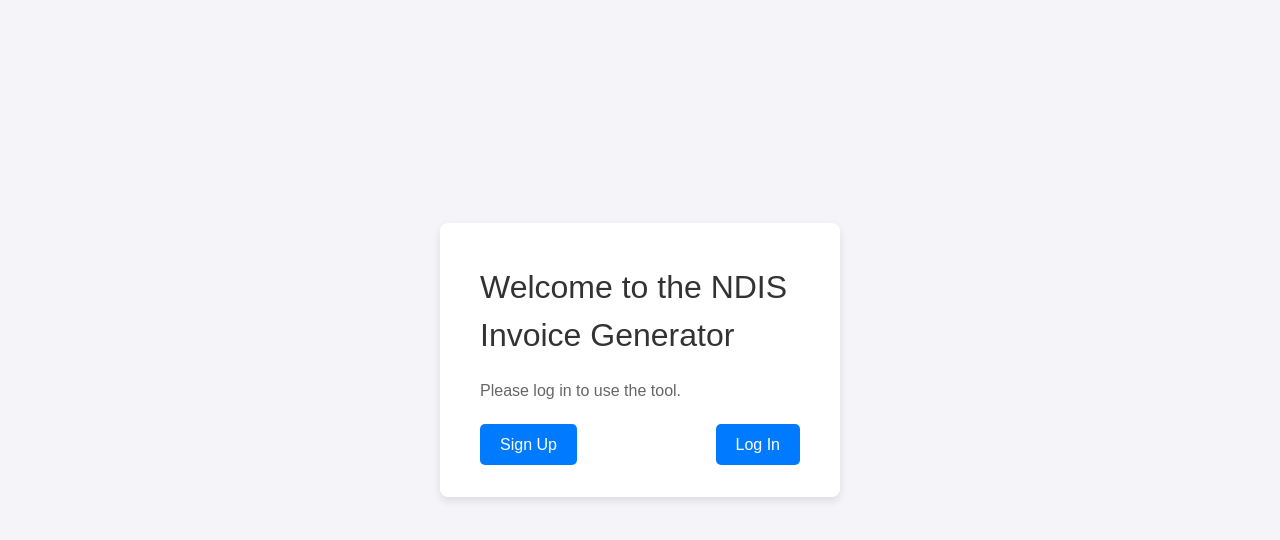
Repository: shreeyanshujha/ndis-invoice-generator
Page: /
These files come from the project's save history. The page is drawn as it stood at one moment and after the next save; the edit follows.
The browser window is 1280 px wide. The pictures show the whole page.
The project was rebuilt for these pictures with package versions that can differ from the ones it lists, and the page was loaded fresh each time. The framework's server and built-in components were replaced by stand-ins that run in the browser. Also part of the build but not shown: next.config.mjs.

Above is the page before, as saved 2025-04-03 11:45:24.

After the next save:
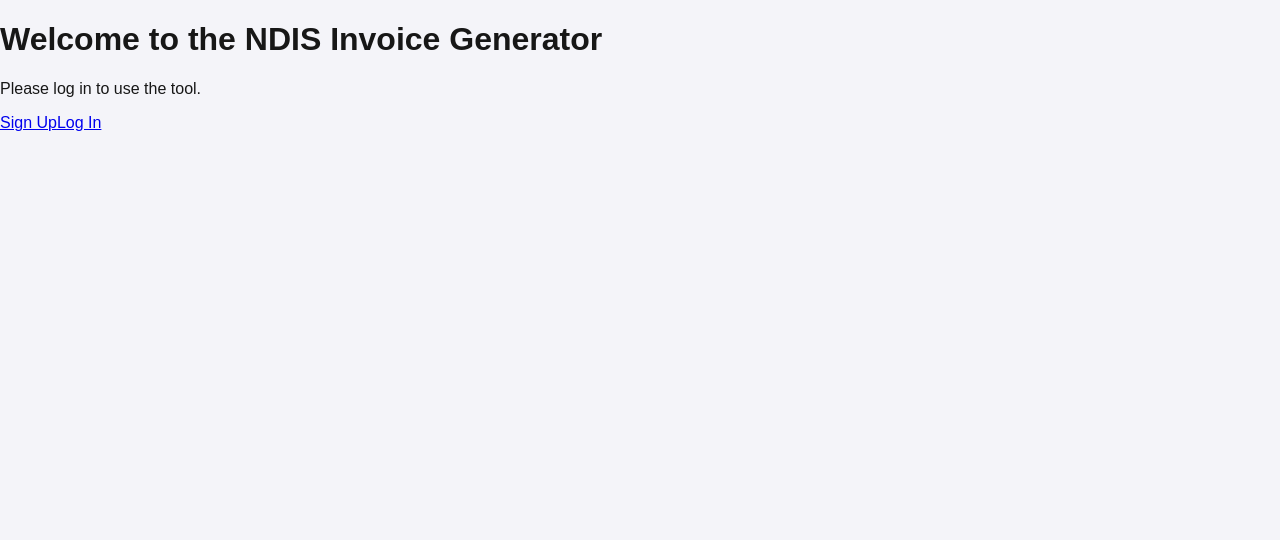
Saved 10 min 27 s later.
--- a/styles/globals.css
+++ b/styles/globals.css
@@ -1,107 +1,10 @@
-@import "tailwindcss";
-
-:root {
-  --background: #ffffff;
-  --foreground: #171717;
-}
-
-@theme inline {
-  --color-background: var(--background);
-  --color-foreground: var(--foreground);
-  --font-sans: var(--font-geist-sans);
-  --font-mono: var(--font-geist-mono);
-}
-
-@media (prefers-color-scheme: dark) {
-  :root {
-    --background: #0a0a0a;
-    --foreground: #ededed;
-  }
-}
-
-body {
-  background: var(--background);
-  color: var(--foreground);
-  font-family: Arial, Helvetica, sans-serif;
-}
-
 /* Global styles */
 body {
   font-family: Arial, sans-serif;
   margin: 0;
   padding: 0;
   background-color: #f4f4f9;
-}
-
-/* Landing page styling */
-.landing-page {
-  display: flex;
-  justify-content: center;
-  align-items: center;
-  height: 100vh;
-  background-color: #f4f4f9;
-  text-align: center;
-}
-
-.landing-content {
-  background: white;
-  padding: 40px;
-  border-radius: 8px;
-  box-shadow: 0 4px 8px rgba(0, 0, 0, 0.1);
-  max-width: 400px;
-  width: 100%;
-}
-
-.landing-content h1 {
-  font-size: 2rem;
-  color: #333;
-  margin-bottom: 20px;
-}
-
-.landing-content p {
-  font-size: 1rem;
-  color: #666;
-  margin-bottom: 30px;
-}
-
-.cta-buttons {
-  display: flex;
-  justify-content: space-between;
-}
-
-.cta-btn {
-  padding: 12px 20px;
-  background-color: #007bff;
-  color: white;
-  border: none;
-  border-radius: 5px;
-  text-decoration: none;
-  font-size: 1rem;
-  transition: background-color 0.3s;
-}
-
-.cta-btn:hover {
-  background-color: #0056b3;
-}
-
-/* Authentication form styling */
-.auth-container,
-.user-home {
-  display: flex;
-  justify-content: center;
-  align-items: center;
-  height: 100vh;
-}
-
-.auth-form,
-.user-info {
-  background-color: #fff;
-  padding: 2rem;
-  border-radius: 8px;
-  box-shadow: 0 4px 10px rgba(0, 0, 0, 0.1);
-  width: 100%;
-  max-width: 400px;
-  text-align: center;
+  color: #171717;  /* Set default text color to black */
 }
 
 .auth-form input {
@@ -110,6 +13,7 @@
   margin-bottom: 10px;
   border: 1px solid #ddd;
   border-radius: 4px;
+  color: #171717;  /* Input text color */
 }
 
 .auth-form button {
@@ -130,11 +34,10 @@
   outline: none;
 }
 
-/* Logout Button */
 .logout-btn {
   padding: 12px 20px;
   background-color: #f44d4d;
-  color: white;
+  color: #171717;  /* Logout button text color */
   border: none;
   border-radius: 5px;
   cursor: pointer;
@@ -165,3 +68,7 @@
 .generate-invoice-btn:focus {
   outline: none;
 }
+
+.user-info h1 {
+  color: #171717; /* Set the welcome text color to black */
+}
